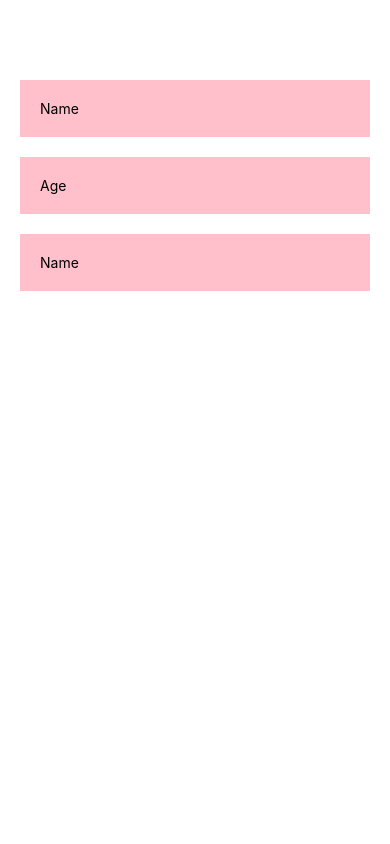
Repository: akinmiday/ReactNativeApp
Screen: /
An editor plug-in stored every save of this project. The screen is shown before and after the next save, followed by the edit.
The app was drawn by React Native's web renderer in a window 390 px wide. The project was rebuilt for these pictures with package versions that can differ from the ones it lists, and the page was loaded fresh each time.

Above is the screen before, as saved 2023-08-03 19:04:58.

After the next save:
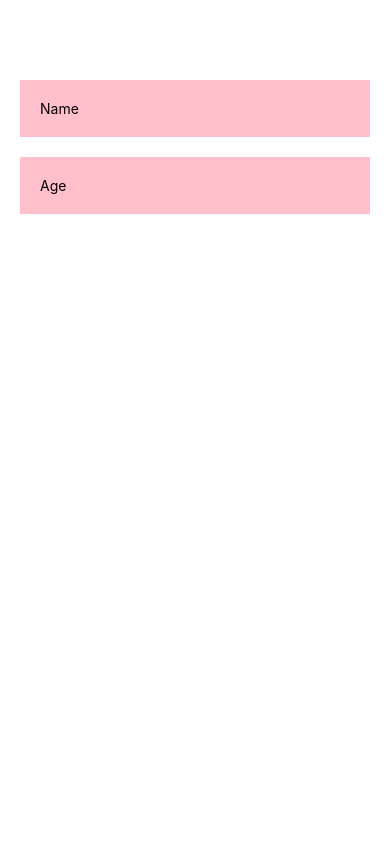
Saved 17 s later.
--- a/App.js
+++ b/App.js
@@ -21,11 +21,6 @@ export default function App() {
         placeholder="Age"
         onChangeText={(text) => setAge(text)}
       />
-      <TextInput
-        style={input}
-        placeholder="Name"
-        onChangeText={(text) => setName(text)}
-      />
       <Modal visible={false}>
         <View style={container}>
           <Text>Modal Screen</Text>
